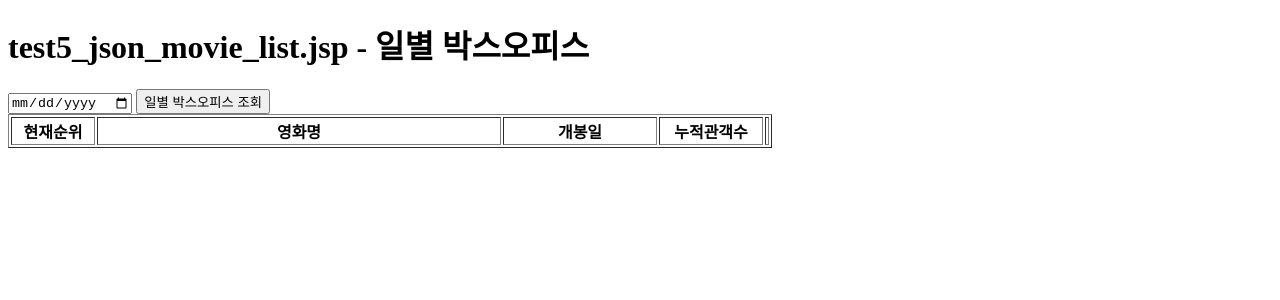
Repository: definitionhyo/itwillbs_jsp
Page: http://localhost/StudyJavascript/javascript5_0705_ajax_json/test5_json_movie_list.jsp
The author's editor kept a copy of each file at every save. The page is drawn from the files as they stood at one save, then again after the next save.
The browser window is 1280 px wide. The pictures show the whole page.
The page is served by Tomcat 9.

Above is the page before, as saved 2023-07-05 03:47:31.

After the next save:
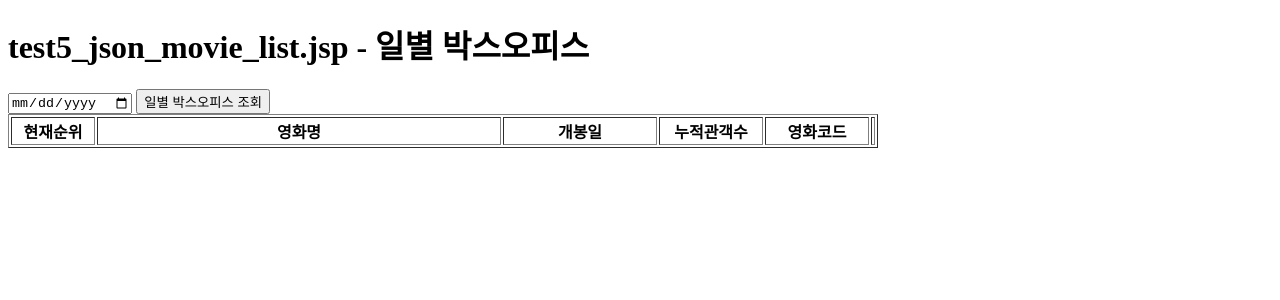
Saved 81 s later.
--- a/StudyJavascript/src/main/webapp/javascript5_0705_ajax_json/test5_json_movie_list.jsp
+++ b/StudyJavascript/src/main/webapp/javascript5_0705_ajax_json/test5_json_movie_list.jsp
@@ -25,11 +25,6 @@
 
 			// 조회일자(yyyymmdd)
 // 			let targetDt = "20230704";
-
-			// 영화 상세 정보 조회 요청에 사용될 URL 지정
-			// API 페이지 : https://www.kobis.or.kr/kobisopenapi/homepg/apiservice/searchServiceInfo.do?serviceId=searchMovieInfo
-			// 요청 URL 샘플 : http://www.kobis.or.kr/kobisopenapi/webservice/rest/movie/searchMovieInfo.json?key=f5eef3421c602c6cb7ea224104795888&movieCd=20124079
-			let detailUrl = "http://www.kobis.or.kr/kobisopenapi/webservice/rest/movie/searchMovieInfo.json";
 
 			// --------------------------------------------------------------------
 			// 조회일자를 캘린더에서 선택할 경우(미선택 시 "", 선택 시 yyyy-mm-dd)
@@ -130,13 +125,20 @@
 					$(".movieItem").remove();
 
 					for(let movie of dailyBoxOfficeList) {
+						// 영화 상세 정보 조회 요청에 사용될 URL 지정
+						// API 페이지 : https://www.kobis.or.kr/kobisopenapi/homepg/apiservice/searchServiceInfo.do?serviceId=searchMovieInfo
+						// 요청 URL 샘플 : http://www.kobis.or.kr/kobisopenapi/webservice/rest/movie/searchMovieInfo.json?key=f5eef3421c602c6cb7ea224104795888&movieCd=20124079
+// 						let detailUrl = "http://www.kobis.or.kr/kobisopenapi/webservice/rest/movie/searchMovieInfo.json";
+						let detailUrl = "test6_json_movie_detail.jsp?movieCd=" + movie.movieCd;
+
 						$("#resultArea > table").append(
 							"<tr class='movieItem'>"
 							+ "<td>" + movie.rank + "</td>"
 							+ "<td>" + movie.movieNm + "</td>"
 							+ "<td>" + movie.openDt + "</td>"
 							+ "<td>" + movie.audiAcc + "</td>"
-							+ "<td>" + movie.audiAcc + "</td>"
+							+ "<td>" + movie.movieCd + "</td>"
+							+ "<td><input type='button' value='상세정보' onclick=''></td>"
 							+ "</tr>"
 					);
 				}
@@ -162,6 +164,7 @@
 				<th width="400">영화명</th>
 				<th width="150">개봉일</th>
 				<th width="100">누적관객수</th>
+				<th width="100">영화코드</th>
 				<th></th>
 			</tr>
 		</table>
